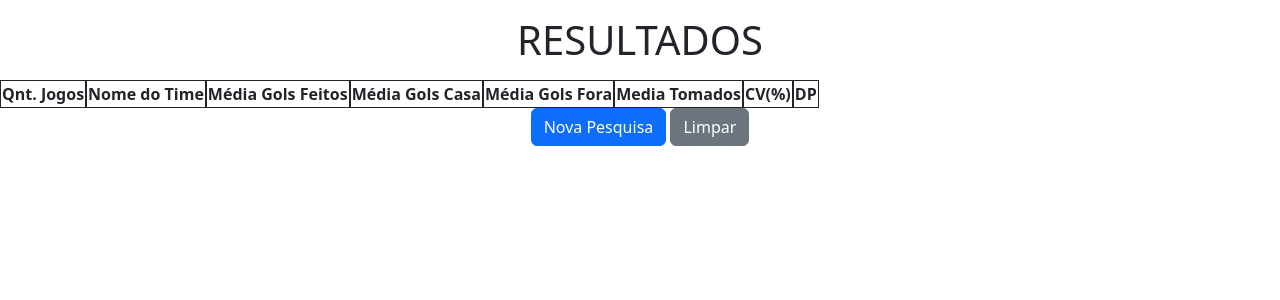
Repository: ricardodamaceno/Coeficiente-de-Variacao-de-Gols
Page: http://localhost/resposta
These files come from the project's save history. The page is drawn as it stood at one moment and after the next save; the edit follows.
The browser window is 1280 px wide. The pictures show the whole page.
The page is this project's Thymeleaf template; nobody is signed in. The template is opened directly, without the code that normally fills it, so the values that code supplies are empty.

Above is the page before, as saved 2022-10-01 14:51:54.

After the next save:
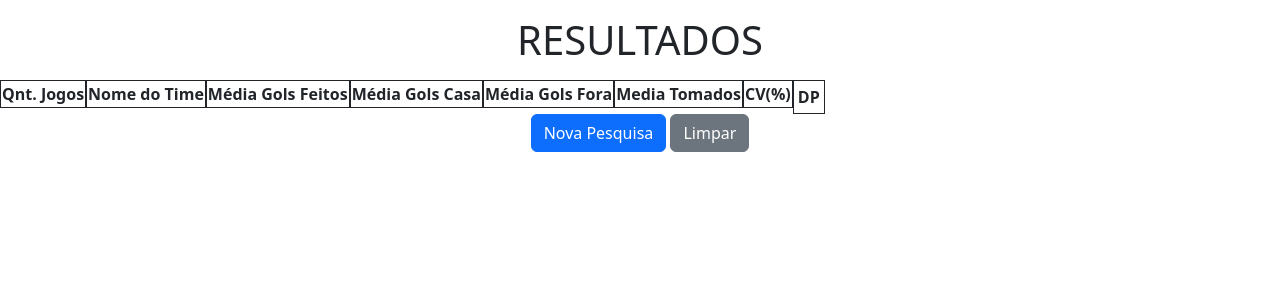
Saved 111 s later.
--- a/aposta-tozo/src/main/resources/templates/resposta.html
+++ b/aposta-tozo/src/main/resources/templates/resposta.html
@@ -139,7 +139,7 @@
 			</tbody>
 		</table>
 		<table
-			class="table-responsive table-striped table-hover table-bordered border-dark">
+			class="table-responsive table-sm table-striped table-hover table-bordered border-dark">
 			<thead>
 				<tr>
 					<th scope="col" data-tooltip="Desvio Padrão dos Gols Feitos">DP</th>
